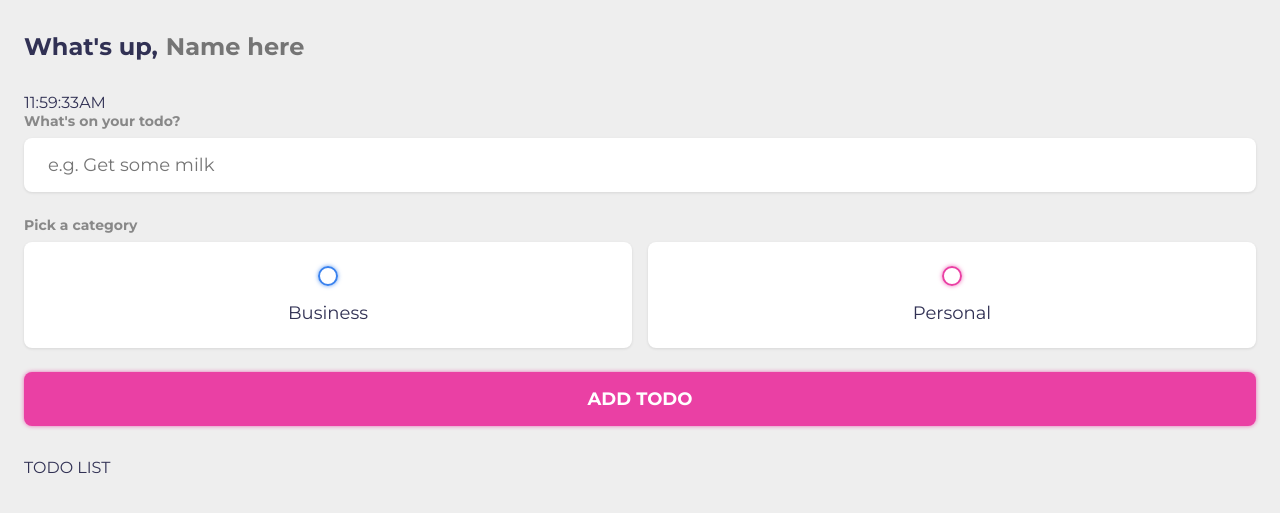
Repository: kluivert-ssali/kaDo_final
Page: index.html
An editor plug-in stored every save of this project. The page is shown before and after the next save, followed by the edit.
The browser window is 1280 px wide. The pictures show the whole page.
Some web libraries are served in a nearby version.

Above is the page before, as saved 2023-06-11 20:23:45.

### index.html
<!DOCTYPE html>
<html lang="en">
  <head>
    <meta charset="UTF-8" />
    <meta http-equiv="X-UA-Compatible" content="IE=edge" />
    <meta name="viewport" content="width=device-width, initial-scale=1.0" />
    <title>KaDo</title>
    <!-- CSS Import -->
    <link rel="stylesheet" href="main.css" />
    <!-- End of CSS Import -->
    <!-- Fonts -->
    <link rel="preconnect" href="https://fonts.googleapis.com" />
    <link rel="preconnect" href="https://fonts.gstatic.com" crossorigin />
    <link
      href="https://fonts.googleapis.com/css2?family=Fira+Sans:ital,wght@0,400;0,700;0,900;1,400&family=Montserrat:ital,wght@0,400;0,700;0,900;1,400&display=swap"
      rel="stylesheet"
    />
    <!-- End of Fonts -->
  </head>
  <body>
    <script src="https://ajax.googleapis.com/ajax/libs/jquery/2.1.1/jquery.min.js"></script>
    <!-- App Wrapper -->
    <main class="app">
      <!-- Greeting -->
      <section class="greeting">
        <h2 class="title">
          What's up,<input type="text" id="name" placeholder="Name here" />
        </h2>
      </section>
      <!-- End of Greeting -->

      <!-- New Todo -->
      <section class="create-todo">
        <span class="date"></span>
        <form id="new-todo-form">
          <h4>What's on your todo?</h4>
          <input
            type="text"
            placeholder="e.g. Get some milk"
            name="content"
            id="content"
          />

          <h4>Pick a category</h4>
          <div class="options">
            <label>
              <input
                type="radio"
                name="category"
                id="category1"
                value="business"
              />
              <span class="bubble business"></span>
              <div>Business</div>
            </label>
            <label>
              <input
                type="radio"
                name="category"
                id="category2"
                value="personal"
              />
              <span class="bubble personal"></span>
              <div>Personal</div>
            </label>
          </div>

          <input type="submit" value="Add todo" />
        </form>
      </section>
      <!-- End of New Todo -->

      <!-- Todo List -->
      <section class="todo-list">
        <h3>TODO LIST</h3>
        <div class="list" id="todo-list"></div>
      </section>
      <!-- End of Todo List -->
    </main>
    <!-- End of App Wrapper -->

    <!-- JS Import -->
    <script src="main.js"></script>
    <!-- End of JS Import -->
  </body>
</html>

### main.css
/* Variables */
:root {
	--primary: #EA40A4;
	--business: #3a82ee;
	--personal: var(--primary);
	--light: #EEE;
	--grey: #888;
	--dark: #313154;
	--danger: #ff5b57;

	--shadow: 0 1px 3px rgba(0, 0, 0, 0.1);

	--business-glow: 0px 0px 4px rgba(58, 130, 238, 0.75);
	--personal-glow: 0px 0px 4px rgba(234, 64, 164, 0.75);
}
/* End of Variables */

/* Resets */
* {
	margin: 0;
	padding: 0;
	box-sizing: border-box;
	font-family: 'montserrat', sans-serif;
}

input:not([type="radio"]):not([type="checkbox"]), button {
	appearance: none;
	border: none;
	outline: none;
	background: none;
	cursor: initial;
}
/* End of Resets */

body {
	background: var(--light);
	color: var(--dark);
}

section {
	margin-top: 2rem;
	margin-bottom: 2rem;
	padding-left: 1.5rem;
	padding-right: 1.5rem;
}

h3 {
	color: var(--dark);
	font-size: 1rem;
	font-weight: 400;
	margin-bottom: 0.5rem;
}

h4 {
	color: var(--grey);
	font-size: 0.875rem;
	font-weight: 700;
	margin-bottom: 0.5rem;
}

.greeting .title {
	display: flex;
}

.greeting .title input {
	margin-left: 0.5rem;
	flex: 1 1 0%;
	min-width: 0;
}

.greeting .title,
.greeting .title input {
	color: var(--dark);
	font-size: 1.5rem;
	font-weight: 700;
}

.create-todo input[type="text"] {
	display: block;
	width: 100%;
	font-size: 1.125rem;
	padding: 1rem 1.5rem;
	color: var(--dark);
	background-color: #FFF;
	border-radius: 0.5rem;
	box-shadow: var(--shadow);
	margin-bottom: 1.5rem;
}

.create-todo .options {
	display: grid;
	grid-template-columns: repeat(2, 1fr);
	grid-gap: 1rem;
	margin-bottom: 1.5rem;
}

.create-todo .options label {
	display: flex;
	flex-direction: column;
	align-items: center;
	justify-content: center;
	background-color: #FFF;
	padding: 1.5rem;
	box-shadow: var(--shadow);
	border-radius: 0.5rem;
	cursor: pointer;
}

input[type="radio"],
input[type="checkbox"] {
	display: none;
}

.bubble {
	display: flex;
	align-items: center;
	justify-content: center;
	width: 20px;
	height: 20px;
	border-radius: 999px;
	border: 2px solid var(--business);
	box-shadow: var(--business-glow);
}

.bubble.personal {
	border-color: var(--personal);
	box-shadow: var(--personal-glow);
}

.bubble::after {
	content: '';
	display: block;
	opacity: 0;
	width: 0px;
	height: 0px;
	background-color: var(--business);
	box-shadow: var(--business-glow);
	border-radius: 999px;
	transition: 0.2s ease-in-out;
}

.bubble.personal::after {
	background-color: var(--personal);
	box-shadow: var(--personal-glow);
}

input:checked ~ .bubble::after {
	width: 10px;
	height: 10px;
	opacity: 1;
}

.create-todo .options label div {
	color: var(--dark);
	font-size: 1.125rem;
	margin-top: 1rem;
}

.create-todo input[type="submit"] {
	display: block;
	width: 100%;
	font-size: 1.125rem;
	padding: 1rem 1.5rem;
	color: #FFF;
	font-weight: 700;
	text-transform: uppercase;
	background-color: var(--primary);
	box-shadow: var(--personal-glow);
	border-radius: 0.5rem;
	cursor: pointer;
	transition: 0.2s ease-out;
}

.create-todo input[type="submit"]:hover {
	opacity: 0.75;
}

.todo-list .list {
	margin: 1rem 0;
}

.todo-list .todo-item {
	display: flex;
	align-items: center;
	background-color: #FFF;
	padding: 1rem;
	border-radius: 0.5rem;
	box-shadow: var(--shadow);
	margin-bottom: 1rem;
}

.todo-item label {
	display: block;
	margin-right: 1rem;
	cursor: pointer;
}

.todo-item .todo-content {
	flex: 1 1 0%;
}

.todo-item .todo-content input {
	color: var(--dark);
	font-size: 1.125rem;
}

.todo-item .actions {
	display: flex;
	align-items: center;
}

.todo-item .actions button {
	display: block;
	padding: 0.5rem;
	border-radius: 0.25rem;
	color: #FFF;
	cursor: pointer;
	transition: 0.2s ease-in-out;
}

.todo-item .actions button:hover {
	opacity: 0.75;
}

.todo-item .actions .edit {
	margin-right: 0.5rem;
	background-color: var(--primary);
}

.todo-item .actions .delete {
	background-color: var(--danger);
}

.todo-item.done .todo-content input {
	text-decoration: line-through;
	color: var(--grey);
}

### main.js
// good morning function
$(document).ready(function() {
	function dateTime() {
	  var ndate = new Date();
	  var hours = ndate.getHours();
	  var message = hours < 12 ? 'Good Morning' : hours < 18 ? 'Good Afternoon' : 'Good Evening';
	  $("h3.day-message").text(message);

	  $('.date').html(hours.leadingZeroes(2) + ":" + ndate.getMinutes().leadingZeroes(2) + ":" + ndate.getSeconds().leadingZeroes(2) + (hours < 12 ? 'AM' : 'PM'));
	}

	setInterval(dateTime, 1000);
  });

  Number.prototype.leadingZeroes = function(len) {
	return (new Array(len).fill('0', 0).join('') + this).slice(-Math.abs(len));
  }
//   End of good morning furn



window.addEventListener('load', () => {
	todos = JSON.parse(localStorage.getItem('todos')) || [];
	const nameInput = document.querySelector('#name');
	const newTodoForm = document.querySelector('#new-todo-form');

	const username = localStorage.getItem('username') || '';

	nameInput.value = username;

	nameInput.addEventListener('change', (e) => {
		localStorage.setItem('username', e.target.value);
	})

	newTodoForm.addEventListener('submit', e => {
		e.preventDefault();

		const todo = {
			content: e.target.elements.content.value,
			category: e.target.elements.category.value,
			done: false,
			createdAt: new Date().getTime()
		}

		todos.push(todo);

		localStorage.setItem('todos', JSON.stringify(todos));

		// Reset the form
		e.target.reset();

		DisplayTodos()
	})

	DisplayTodos()
})

function DisplayTodos () {
	const todoList = document.querySelector('#todo-list');
	todoList.innerHTML = "";

	todos.forEach(todo => {
		const todoItem = document.createElement('div');
		todoItem.classList.add('todo-item');

		const label = document.createElement('label');
		const input = document.createElement('input');
		const span = document.createElement('span');
		const content = document.createElement('div');
		const actions = document.createElement('div');
		const edit = document.createElement('button');
		const deleteButton = document.createElement('button');

		input.type = 'checkbox';
		input.checked = todo.done;
		span.classList.add('bubble');
		if (todo.category == 'personal') {
			span.classList.add('personal');
		} else {
			span.classList.add('business');
		}
		content.classList.add('todo-content');
		actions.classList.add('actions');
		edit.classList.add('edit');
		deleteButton.classList.add('delete');

		content.innerHTML = `<input type="text" value="${todo.content}" readonly>`;
		edit.innerHTML = 'Edit';
		deleteButton.innerHTML = 'Delete';

		label.appendChild(input);
		label.appendChild(span);
		actions.appendChild(edit);
		actions.appendChild(deleteButton);
		todoItem.appendChild(label);
		todoItem.appendChild(content);
		todoItem.appendChild(actions);

		todoList.appendChild(todoItem);

		if (todo.done) {
			todoItem.classList.add('done');
		}

		input.addEventListener('change', (e) => {
			todo.done = e.target.checked;
			localStorage.setItem('todos', JSON.stringify(todos));

			if (todo.done) {
				todoItem.classList.add('done');
			} else {
				todoItem.classList.remove('done');
			}

			DisplayTodos()

		})

		edit.addEventListener('click', (e) => {
			const input = content.querySelector('input');
			input.removeAttribute('readonly');
			input.focus();
			input.addEventListener('blur', (e) => {
				input.setAttribute('readonly', true);
				todo.content = e.target.value;
				localStorage.setItem('todos', JSON.stringify(todos));
				DisplayTodos()

			})
		})

		deleteButton.addEventListener('click', (e) => {
			todos = todos.filter(t => t != todo);
			localStorage.setItem('todos', JSON.stringify(todos));
			DisplayTodos()
		})

	})
}

After the next save:
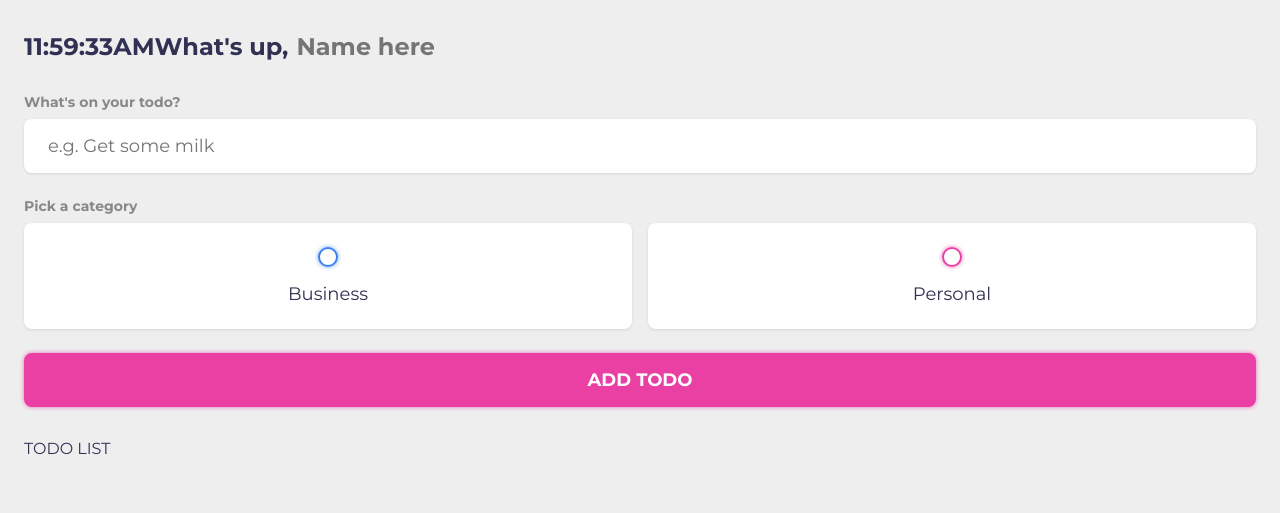
Saved 3 min 12 s later.
--- a/index.html
+++ b/index.html
@@ -24,14 +24,17 @@
       <!-- Greeting -->
       <section class="greeting">
         <h2 class="title">
-          What's up,<input type="text" id="name" placeholder="Name here" />
+          <span class="date"></span>What's up,<input
+            type="text"
+            id="name"
+            placeholder="Name here"
+          />
         </h2>
       </section>
       <!-- End of Greeting -->
 
       <!-- New Todo -->
       <section class="create-todo">
-        <span class="date"></span>
         <form id="new-todo-form">
           <h4>What's on your todo?</h4>
           <input
